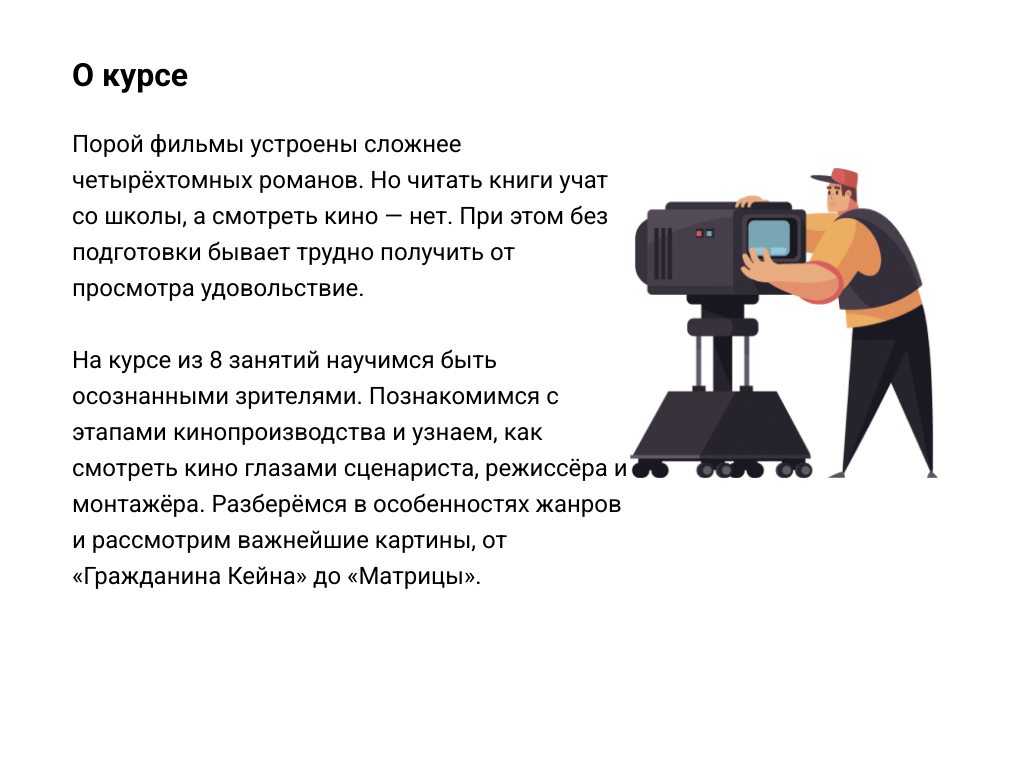
Repository: AytacSafarova/task-figma--1
Page: index.html
The author's editor kept a copy of each file at every save. The page is drawn from the files as they stood at one save, then again after a run of saves.
The browser window is 1024 px wide. The pictures show the whole page.

Above is the page before, as saved 2023-04-29 20:22:20.

### index.html
<!DOCTYPE html>
<html lang="en">
<head>
  <meta charset="UTF-8" />
  <meta http-equiv="X-UA-Compatible" content="IE=edge" />
  <meta name="viewport" content="width=device-width, initial-scale=1.0" />
  <title>Document</title>
  <link rel="stylesheet" href="/index.css" />
</head>

<body>
  <div class="container">
    <div class="row up">
      <div class="col left">
        <h1>О курсе</h1>
          <p>
            Порой фильмы устроены сложнее четырёхтомных романов. Но читать
            книги учат со школы, а смотреть кино — нет. При этом без
            подготовки бывает трудно получить от просмотра удовольствие.
          </p>
          <br><br>
          <p>
            На курсе из 8 занятий научимся быть осознанными зрителями.
            Познакомимся с этапами кинопроизводства и узнаем, как смотреть
            кино глазами сценариста, режиссёра и монтажёра. Разберёмся в
            особенностях жанров и рассмотрим важнейшие картины, от
            «Гражданина Кейна» до «Матрицы».
          </p>
      </div>
      <div class="col right">
        <img src="/images/_1 1.png" alt="" />
      </div>
    </div>

    <!-- <div class="down">
      <div class="image">
        <img src="/images/photo 1.png" alt="" />
      </div>

      <ul class="list">
        <li>
          <h5>8 занятий</h5>
          <p>Для погружения в кинематограф</p>
        </li>

        <li>
          <h5>8 занятий</h5>
          <p>Для погружения в кинематограф</p>
        </li>

        <li>
          <h5>8 занятий</h5>
          <p>Для погружения в кинематограф</p>
        </li>
      </ul>
    </div> -->
  </div>
</body>

</html>

### index.css
@import url("https://fonts.googleapis.com/css2?family=Roboto+Slab:wght@700&family=Roboto:wght@400;500;700&display=swap");
* {
  margin: 0;
  padding: 0;
}
.container {
  padding: 91px 150px 173px 124px;
}

.row {
  display: flex;
  justify-content: space-between;
  align-items: center;
}

.left {
  width: 662px;
}
 .left h1 {
  font-size: 55px;
  font-family: "Roboto", sans-serif;
  font-weight: 700;
  margin-bottom: 0px;
}
.left p {
  font-family: "Roboto";
  font-style: normal;
  font-weight: 400;
  font-size: 24px;
  line-height: 150%;
}

.right {
  width: 366px;
}
.right img {
  width: 100%;
}

.down {
  display: flex;
  align-items: center;
  justify-content: space-between;
  margin-top: 94px;
}

.image {
  width: 232px;
}

.image img {
  width: 100%;
}

.list {
  display: flex;
  padding-right: 314px;
}

li {
  width: 150px;
  margin-left: 95px;
}

@media screen and (max-width: 1024px) {
  /* tablet media  */
  .container {
    padding: 56px 86px 180px 72px;
  }
.left h1{
    font-size: 32px;
    margin-bottom: 32px;
}

}
@media screen and (max-width: 768px) {
  /* mobile media  */
}

After the next 2 saves:
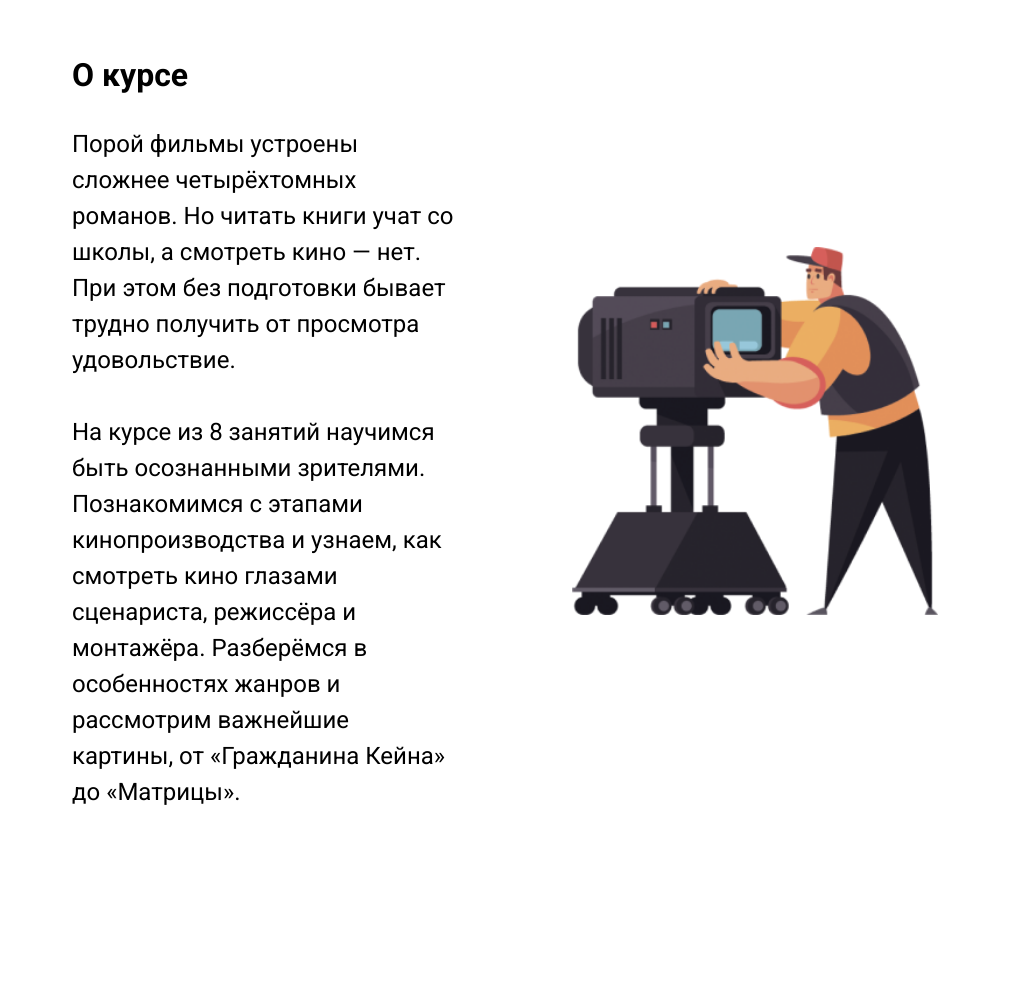
The 2 saves are shown as one change because they came seconds apart.
The last was saved 2 min 34 s later.
--- a/index.css
+++ b/index.css
@@ -71,6 +71,10 @@ li {
     font-size: 32px;
     margin-bottom: 32px;
 }
+.left{
+    width: 382px;
+}
+.left
 
 }
 @media screen and (max-width: 768px) {
